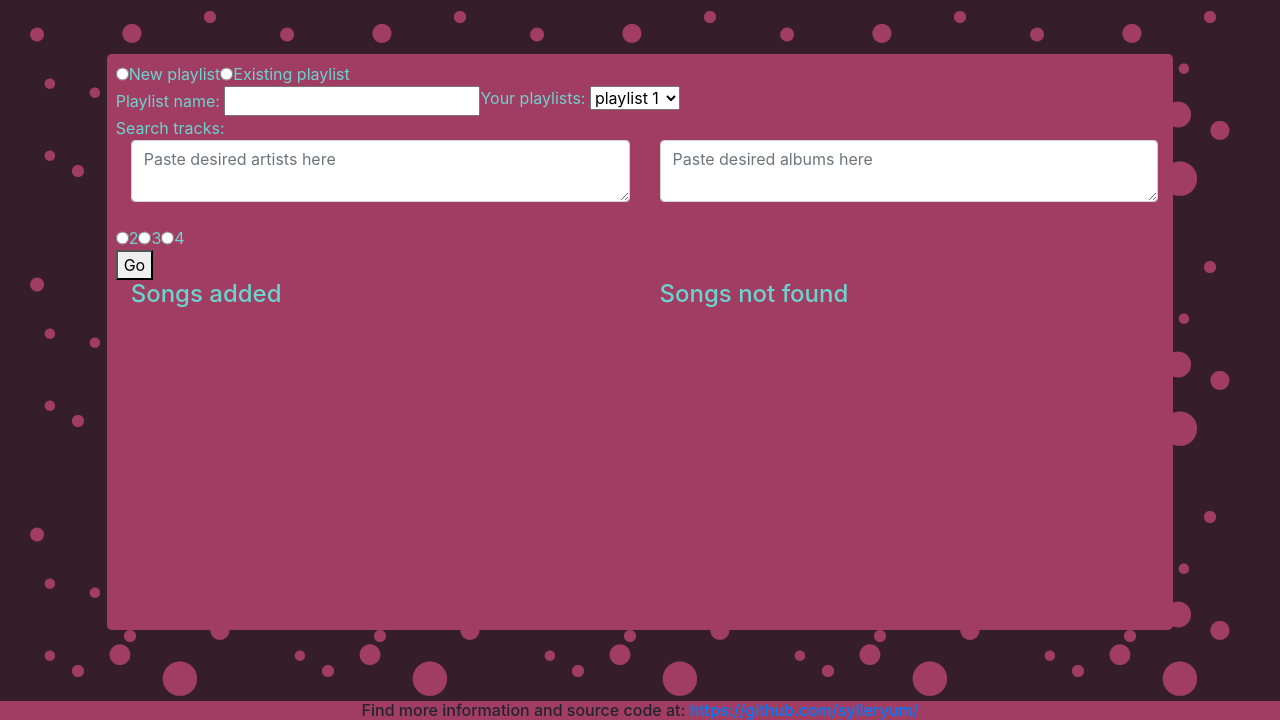
Repository: sylleryum/Frontend
Page: GetTopTracks/index.html
These files come from the project's save history. The page is drawn as it stood at one moment and after the next save; the edit follows.
The browser window is 1280 px wide. The pictures show the whole page.

Above is the page before, as saved 2019-10-13 16:35:34.

After the next save:
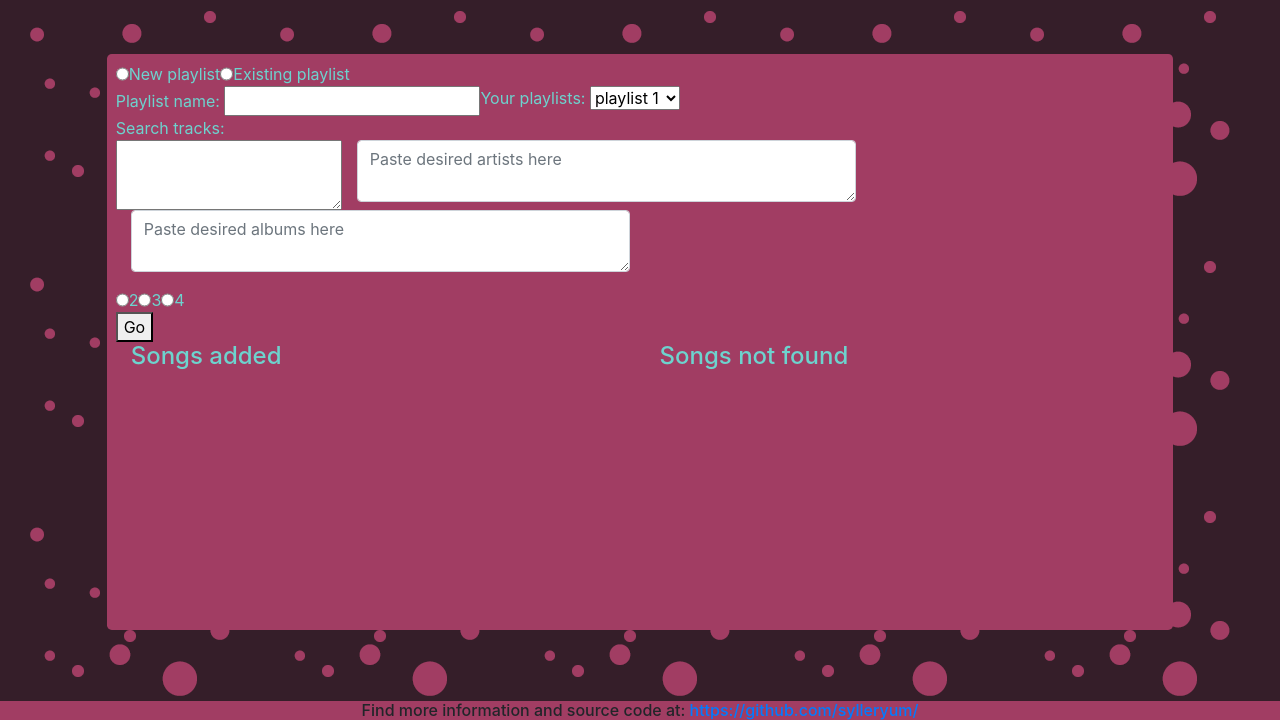
Saved 7 s later.
--- a/GetTopTracks/index.html
+++ b/GetTopTracks/index.html
@@ -49,7 +49,7 @@
                          Search tracks:
                     </div>
                     <div class="row main-textarea form-group">
-
+                         <textarea></textarea>
                          <div class="col-md-6 mb-2">
                               <textarea class="textarea-search form-control md-textarea" id="searchNameArtist"
                                    name="searchNameArtist" placeholder="Paste desired artists here"></textarea>

After the 2 saves that followed:
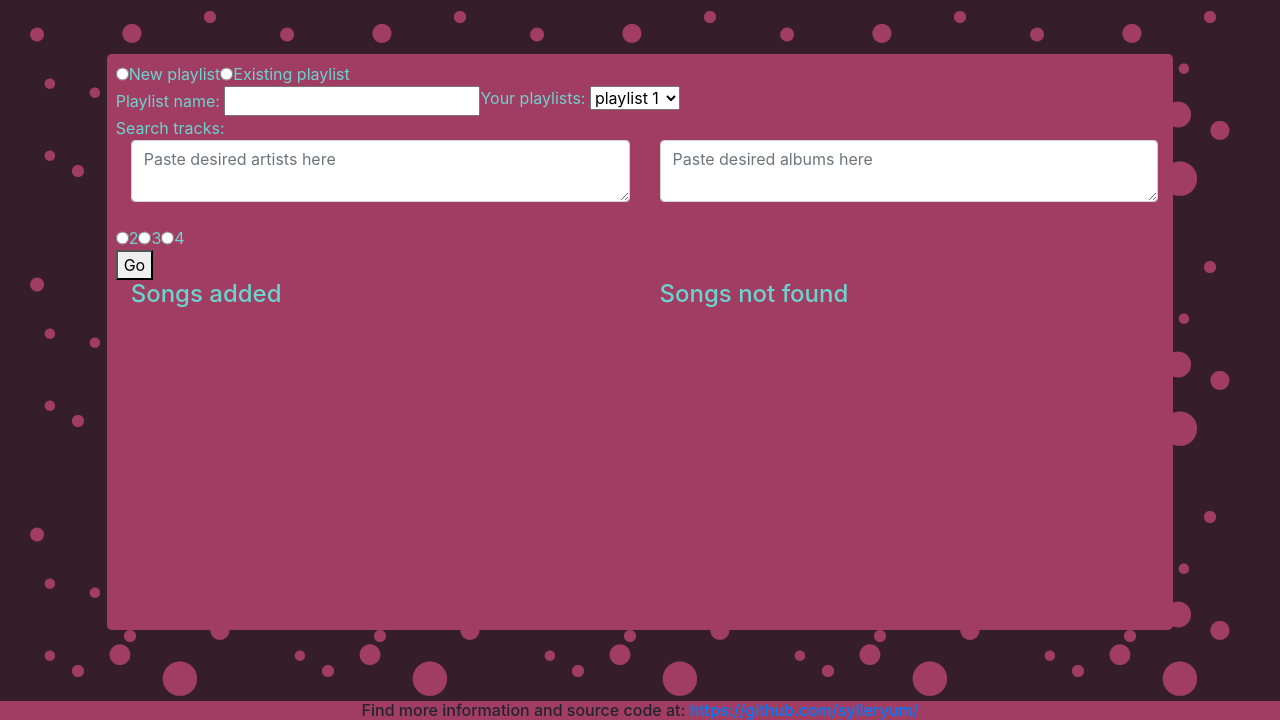
The 2 saves are shown as one change because they came seconds apart.
The last was saved 20 s later.
--- a/GetTopTracks/index.html
+++ b/GetTopTracks/index.html
@@ -49,7 +49,6 @@
                          Search tracks:
                     </div>
                     <div class="row main-textarea form-group">
-                         <textarea></textarea>
                          <div class="col-md-6 mb-2">
                               <textarea class="textarea-search form-control md-textarea" id="searchNameArtist"
                                    name="searchNameArtist" placeholder="Paste desired artists here"></textarea>
